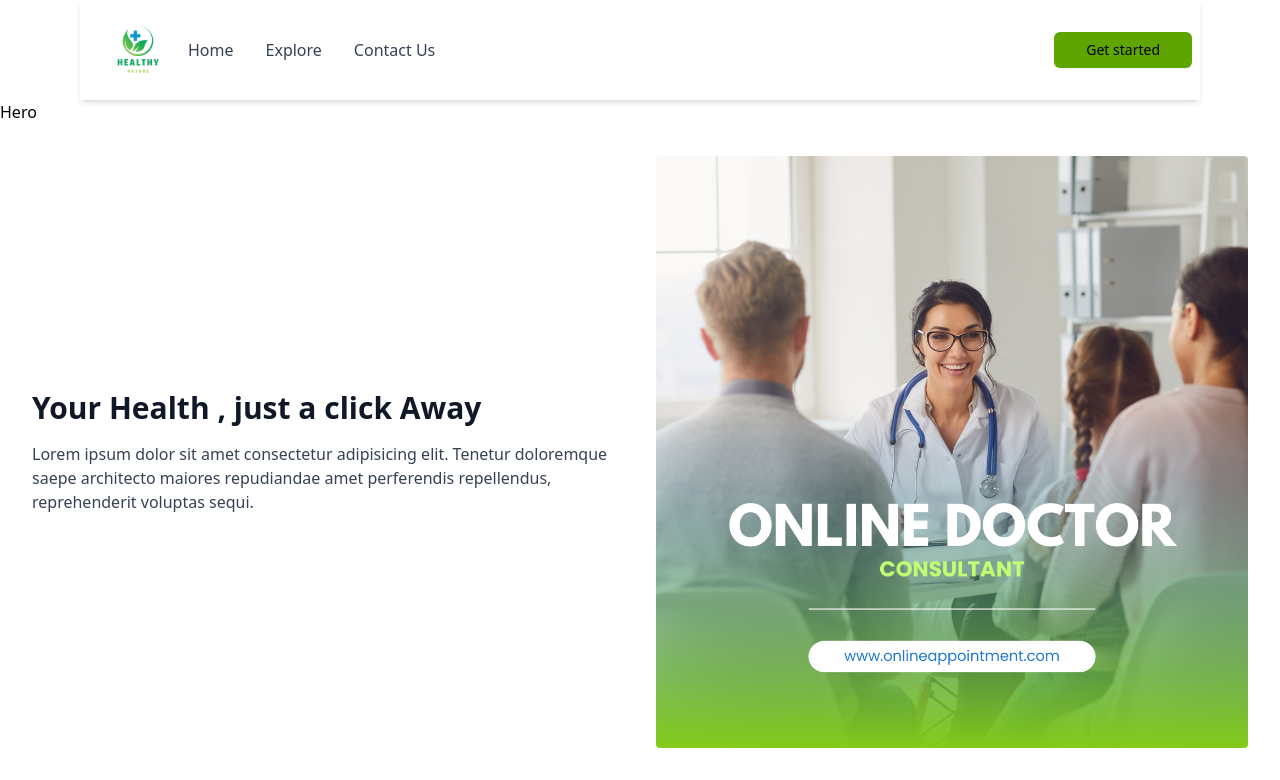
Repository: Muyassar-Mamdoh-Salem/appooinetment_app_frontend
Page: /
An editor plug-in stored every save of this project. The page is shown before and after the next save, followed by the edit.
The browser window is 1280 px wide. The pictures show the whole page.
The project was rebuilt for these pictures with package versions that can differ from the ones it lists, and the page was loaded fresh each time. The framework's server and built-in components were replaced by stand-ins that run in the browser. Also part of the build but not shown: next.config.mjs.

Above is the page before, as saved 2025-07-03 15:20:34.

After the next save:
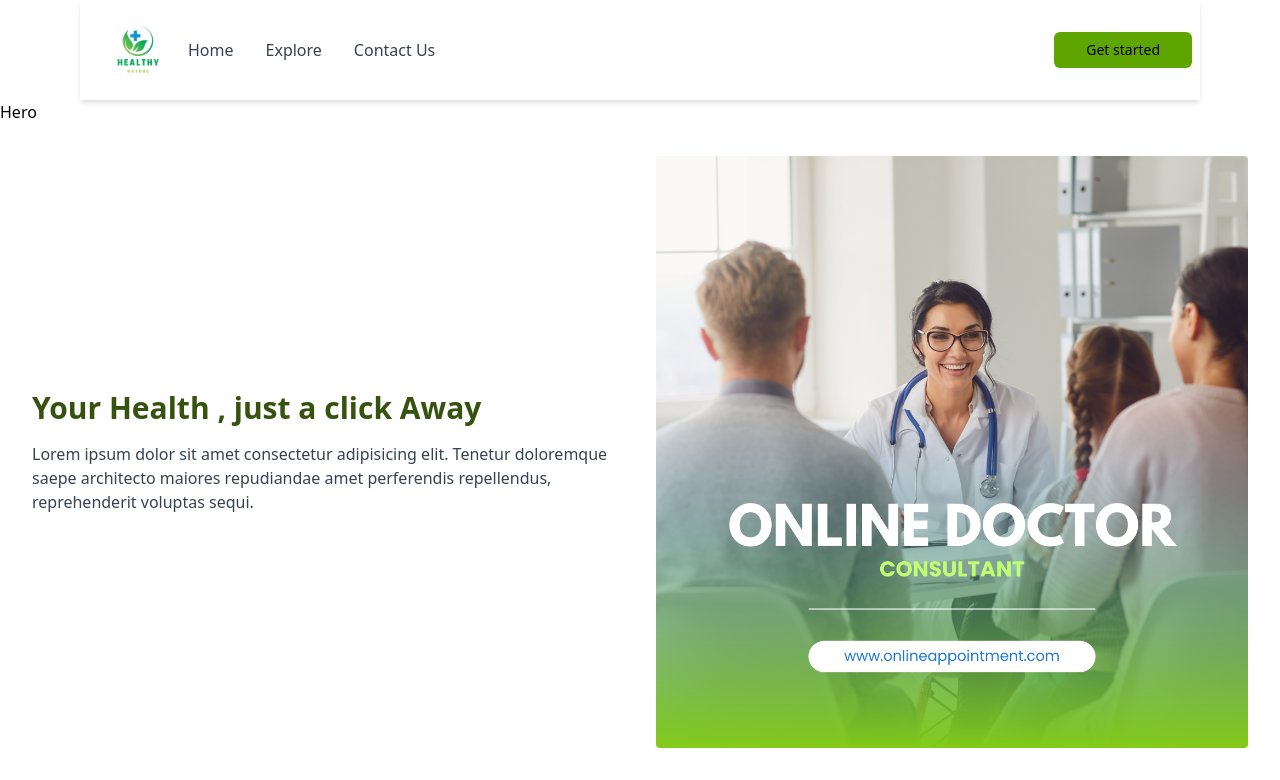
Saved 7 s later.
--- a/app/_compnents/Hero.jsx
+++ b/app/_compnents/Hero.jsx
@@ -8,7 +8,7 @@ function Hero() {
     <div className="grid grid-cols-1 gap-4 md:grid-cols-2 md:items-center md:gap-8">
       <div>
         <div className="max-w-lg md:max-w-none">
-          <h2 className="text-2xl font-semibold text-gray-900 sm:text-3xl">
+          <h2 className="text-2xl font-semibold text-lime-900 sm:text-3xl">
           Your Health , just a click Away
           </h2>
 
